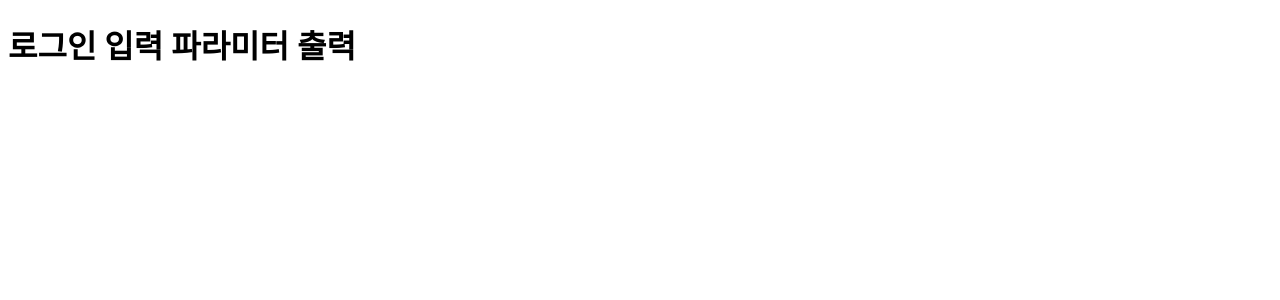
Repository: jb7959/struts_jsp_study
Page: http://localhost/08Chapter/loginInfo.jsp
An editor plug-in stored every save of this project. The page is shown before and after the next save, followed by the edit.
The browser window is 1280 px wide. The pictures show the whole page.
The page is served by Tomcat 9.

Above is the page before, as saved 2015-09-23 07:56:34.

### 08Chapter/WebContent/loginInfo.jsp
<%@ page language="java" contentType="text/html; charset=EUC-KR"
    pageEncoding="EUC-KR"%>
<!DOCTYPE html PUBLIC "-//W3C//DTD HTML 4.01 Transitional//EN" "http://www.w3.org/TR/html4/loose.dtd">
<html>
<head>
<meta http-equiv="Content-Type" content="text/html; charset=EUC-KR">
<title>request 내장 객체 실습</title>
</head>
<body>
	<h1>로그인 입력 파라미터 출력</h1>
	<%	//request 내장 객체
		request.setCharacterEncoding("EUC-KR");

		String userid = request.getParameter("userid");
		String passwd = request.getParameter("Passwd");
	%>
</body>
</html>

After the next save:
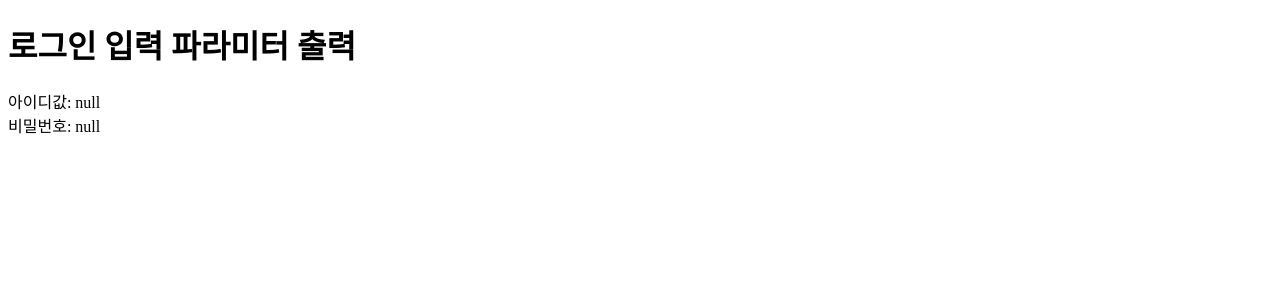
Saved 82 min 1 s later.
--- a/08Chapter/WebContent/loginInfo.jsp
+++ b/08Chapter/WebContent/loginInfo.jsp
@@ -14,5 +14,7 @@
 		String userid = request.getParameter("userid");
 		String passwd = request.getParameter("Passwd");
 	%>
+	아이디값: <%= userid %><br> <!-- expression tag -->
+	비밀번호: <%= passwd %><br>
 </body>
 </html>
